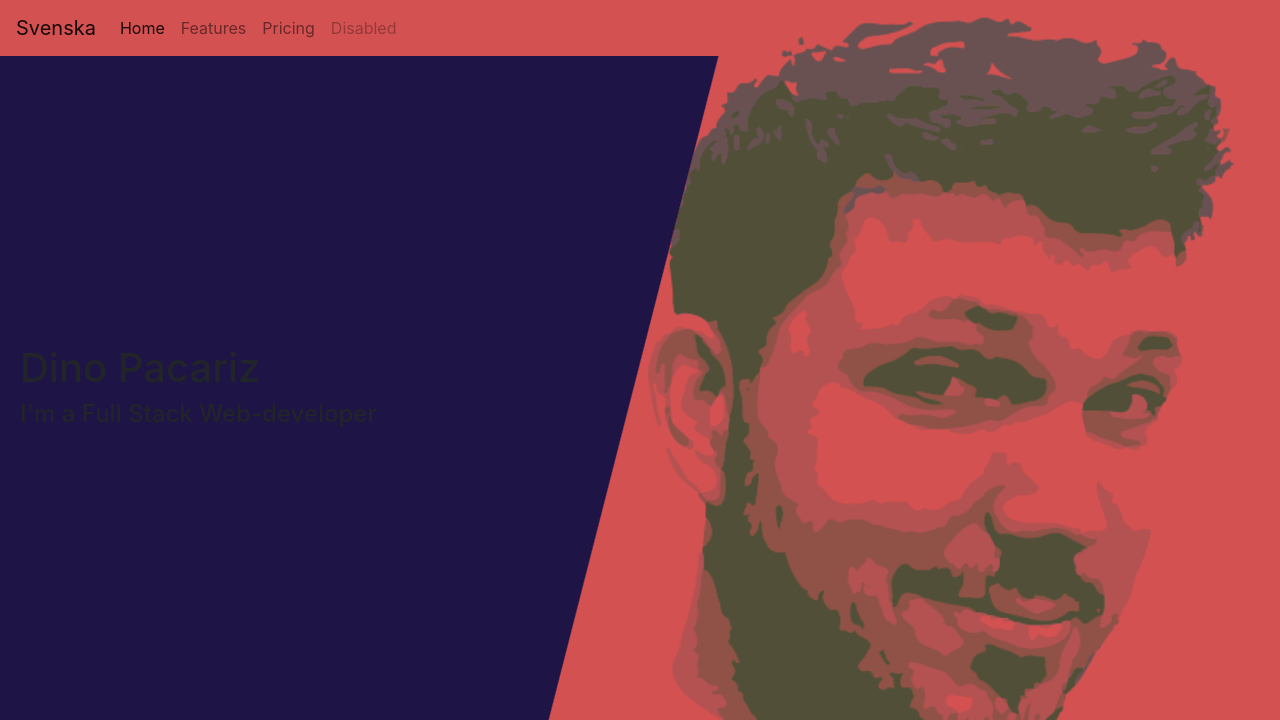
Repository: ImDino/Portfolio
Page: index.html
The author's editor kept a copy of each file at every save. The page is drawn from the files as they stood at one save, then again after the next save.
The browser window is 1280 px wide. The pictures show the whole page.
Some web libraries are served in a nearby version. The style sheet was rebuilt from its Sass, Less or Tailwind sources for each picture, by a compiler version that may differ from the author's.

Above is the page before, as saved 2020-11-04 00:07:42.

After the next save:
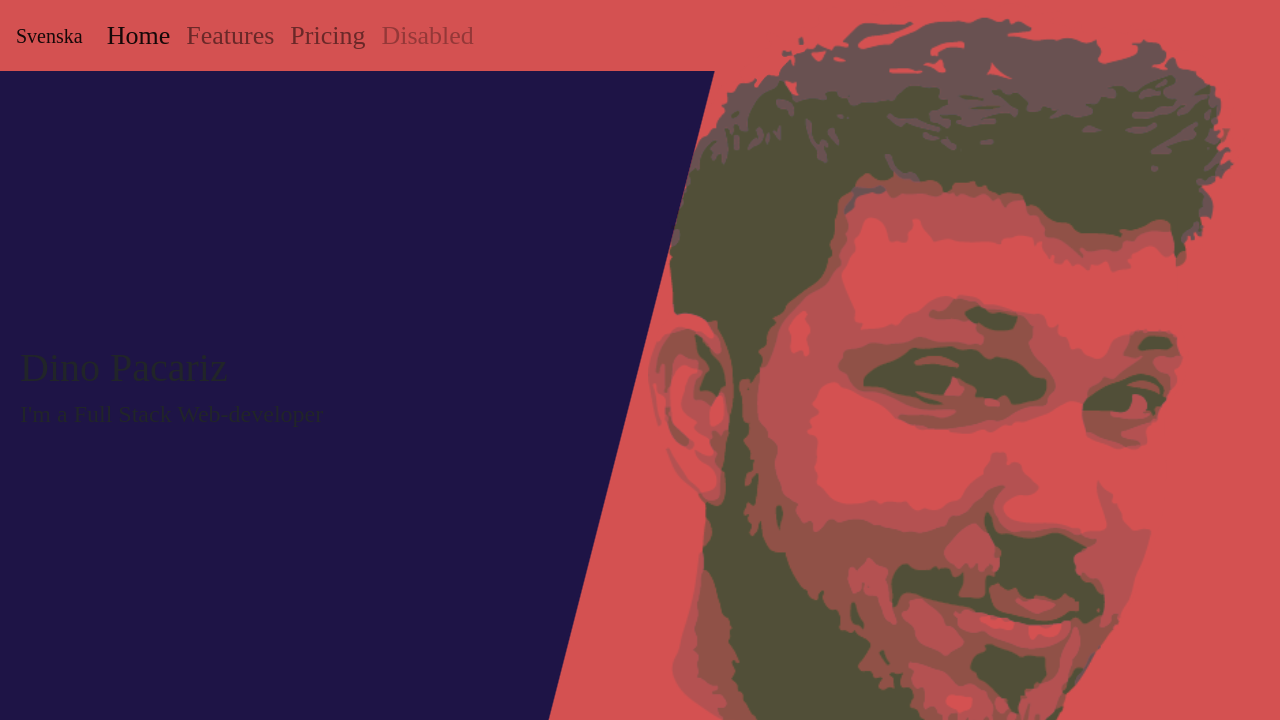
Saved 89 s later.
--- a/scss/main.scss
+++ b/scss/main.scss
@@ -1,5 +1,9 @@
 body {
     background-color: #D45151;
+    font-family: Josefin Sans;
+font-style: normal;
+font-weight: normal;
+font-size: 26px;
 }
 
 #pseudo-div {
